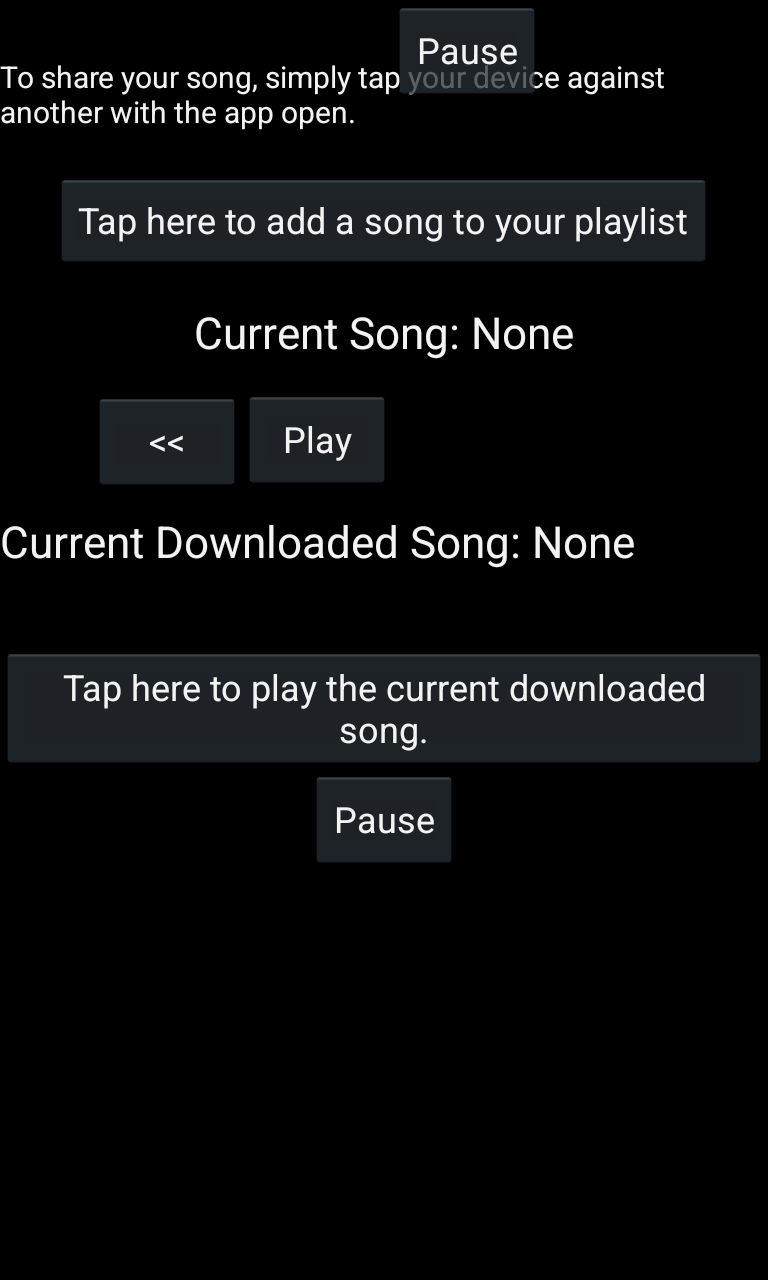
Repository: griff1/idpa2012projects
Layout: workspace/Player/res/layout/main2.xml
These files come from the project's save history. The layout is drawn as it stood at one moment and after the next save; the edit follows.
It is drawn on a 768 x 1280 px phone screen (xhdpi) without system bars, with theme android:Theme.Holo; the app's code is not run.

Above is the layout before, as saved 2012-08-02 20:01:58.

### workspace/Player/res/layout/main2.xml
<?xml version="1.0" encoding="utf-8"?>
<LinearLayout xmlns:android="http://schemas.android.com/apk/res/android"
    android:layout_width="match_parent"
    android:layout_height="match_parent"
    android:orientation="vertical" >





    <RelativeLayout
        android:id="@+id/relativeLayout1"
        android:layout_width="match_parent"
        android:layout_height="match_parent" >

        <TextView
            android:id="@+id/textView1"
            android:layout_width="wrap_content"
            android:layout_height="wrap_content"
            android:layout_alignParentTop="true"
            android:layout_centerHorizontal="true"
            android:layout_marginTop="151dp"
            android:text="@string/CurrentSong2"
            android:textAppearance="?android:attr/textAppearanceLarge" />

        <TextView
            android:id="@+id/textView2"
            android:layout_width="wrap_content"
            android:layout_height="wrap_content"
            android:layout_alignParentLeft="true"
            android:layout_alignParentTop="true"
            android:layout_marginTop="28dp"
            android:text="@string/Share"
            android:textAppearance="?android:attr/textAppearanceLarge"
            android:textSize="15dp" />

        <Button
            android:id="@+id/button1"
            android:layout_width="wrap_content"
            android:layout_height="wrap_content"
            android:layout_below="@+id/textView2"
            android:layout_centerHorizontal="true"
            android:layout_marginTop="20dp"
            android:text="@string/TapHere" />

        <TextView
            android:id="@+id/textView3"
            android:layout_width="wrap_content"
            android:layout_height="wrap_content"
            android:layout_alignParentLeft="true"
            android:layout_below="@+id/textView1"
            android:layout_marginTop="75dp"
            android:text="@string/CurrentSong3"
            android:textAppearance="?android:attr/textAppearanceLarge" />

        <Button
            android:id="@+id/button2"
            android:layout_width="wrap_content"
            android:layout_height="wrap_content"
            android:layout_alignParentLeft="true"
            android:layout_below="@+id/textView3"
            android:layout_marginTop="38dp"
            android:text="@string/Tap2" />

        <Button
            android:id="@+id/button4"
            android:layout_width="75dp"
            android:layout_height="50dp"
            android:layout_below="@+id/button2"
            android:layout_centerHorizontal="true"
            android:text="@string/Pause" />


        <Button
            android:id="@+id/button5"
            android:layout_width="75dp"
            android:layout_height="50dp"
            android:layout_alignRight="@+id/textView1"
            android:layout_marginRight="16dp"
            android:text="@string/Pause" />

        <Button
            android:id="@+id/button3"
            android:layout_width="75dp"
            android:layout_height="50dp"
            android:layout_below="@+id/textView1"
            android:layout_marginTop="14dp"
            android:layout_toLeftOf="@+id/button5"
            android:text="@string/Play" />

        <Button
            android:id="@+id/button6"
            android:layout_width="75dp"
            android:layout_height="50dp"
            android:layout_alignBaseline="@+id/button3"
            android:layout_alignBottom="@+id/button3"
            android:layout_toLeftOf="@+id/button3"
            android:text="@string/Back" />

    </RelativeLayout>

</LinearLayout>

### workspace/Player/res/values/strings.xml
<?xml version="1.0" encoding="utf-8"?>
<resources>

    <string name="hello">Hello World, BlankActivity!</string>
    <string name="app_name">Blank</string>
    <string name="CurrentSong">Current Song</string>
    <string name="CurrentSong2">Current Song: None</string>
    <string name="Tap">Tap here to choose a song to share.</string>
    <string name="Share">"To share your song, simply tap your device against another with the app open. "</string>
    <string name="Downloaded">"Current Downloaded Song: "</string>
    <string name="Tap2">Tap here to play the current downloaded song.</string>
    <string name="CurrentSong3">Current Downloaded Song: None</string>
    <string name="CurrentSong4">Current Song:\\n</string>
    <string name="Play">Play</string>
    <string name="Pause">Pause</string>
    <string name="TapHere">Tap here to add a song to your playlist</string>
    <string name="Back">&lt;&lt;</string>

</resources>

After the next save:
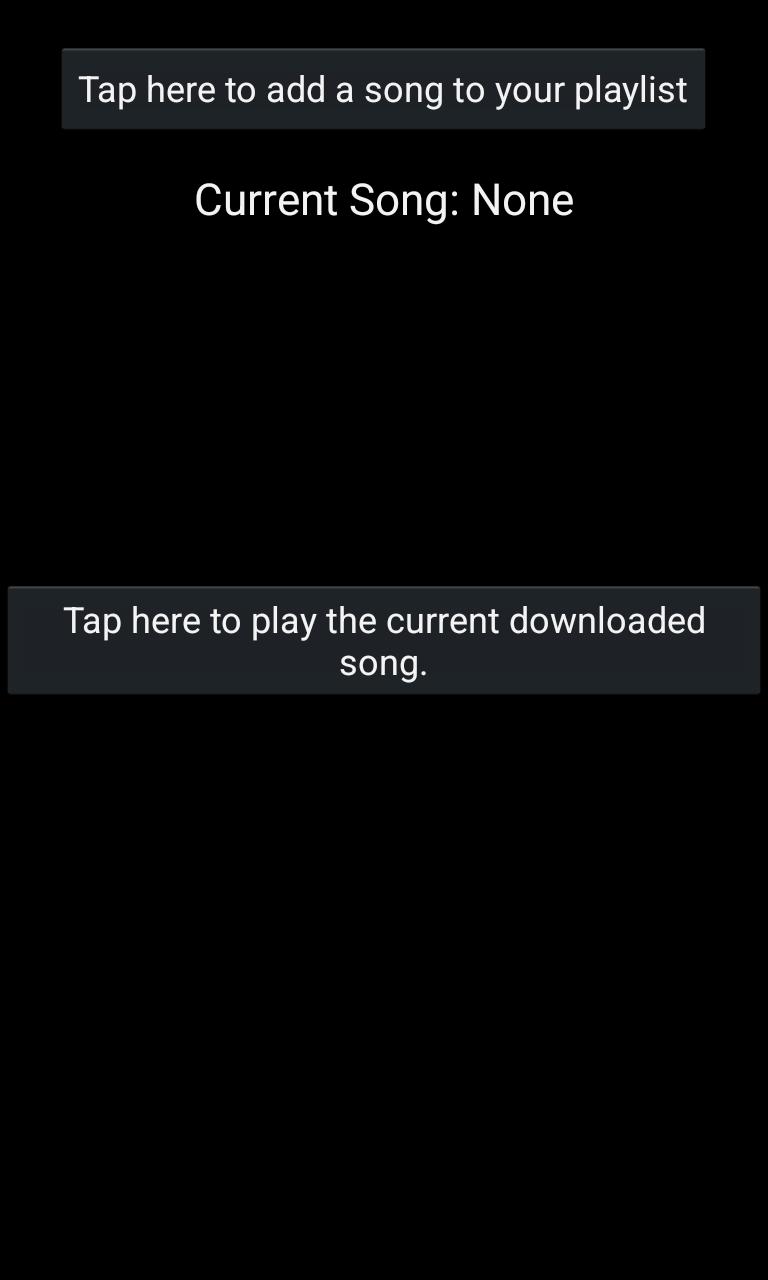
Saved 108 s later.
--- a/workspace/Player/res/layout/main2.xml
+++ b/workspace/Player/res/layout/main2.xml
@@ -8,49 +8,34 @@
 
 
 
+
+
+
+
+
+
+
     <RelativeLayout
         android:id="@+id/relativeLayout1"
         android:layout_width="match_parent"
         android:layout_height="match_parent" >
 
-        <TextView
-            android:id="@+id/textView1"
-            android:layout_width="wrap_content"
-            android:layout_height="wrap_content"
-            android:layout_alignParentTop="true"
-            android:layout_centerHorizontal="true"
-            android:layout_marginTop="151dp"
-            android:text="@string/CurrentSong2"
-            android:textAppearance="?android:attr/textAppearanceLarge" />
-
-        <TextView
-            android:id="@+id/textView2"
-            android:layout_width="wrap_content"
-            android:layout_height="wrap_content"
-            android:layout_alignParentLeft="true"
-            android:layout_alignParentTop="true"
-            android:layout_marginTop="28dp"
-            android:text="@string/Share"
-            android:textAppearance="?android:attr/textAppearanceLarge"
-            android:textSize="15dp" />
-
         <Button
             android:id="@+id/button1"
             android:layout_width="wrap_content"
             android:layout_height="wrap_content"
-            android:layout_below="@+id/textView2"
             android:layout_centerHorizontal="true"
             android:layout_marginTop="20dp"
             android:text="@string/TapHere" />
 
         <TextView
-            android:id="@+id/textView3"
+            android:id="@+id/textView1"
             android:layout_width="wrap_content"
             android:layout_height="wrap_content"
-            android:layout_alignParentLeft="true"
-            android:layout_below="@+id/textView1"
-            android:layout_marginTop="75dp"
-            android:text="@string/CurrentSong3"
+            android:layout_below="@+id/button1"
+            android:layout_centerHorizontal="true"
+            android:layout_marginTop="16dp"
+            android:text="@string/CurrentSong2"
             android:textAppearance="?android:attr/textAppearanceLarge" />
 
         <Button
@@ -58,45 +43,8 @@
             android:layout_width="wrap_content"
             android:layout_height="wrap_content"
             android:layout_alignParentLeft="true"
-            android:layout_below="@+id/textView3"
-            android:layout_marginTop="38dp"
+            android:layout_centerVertical="true"
             android:text="@string/Tap2" />
-
-        <Button
-            android:id="@+id/button4"
-            android:layout_width="75dp"
-            android:layout_height="50dp"
-            android:layout_below="@+id/button2"
-            android:layout_centerHorizontal="true"
-            android:text="@string/Pause" />
-
-
-        <Button
-            android:id="@+id/button5"
-            android:layout_width="75dp"
-            android:layout_height="50dp"
-            android:layout_alignRight="@+id/textView1"
-            android:layout_marginRight="16dp"
-            android:text="@string/Pause" />
-
-        <Button
-            android:id="@+id/button3"
-            android:layout_width="75dp"
-            android:layout_height="50dp"
-            android:layout_below="@+id/textView1"
-            android:layout_marginTop="14dp"
-            android:layout_toLeftOf="@+id/button5"
-            android:text="@string/Play" />
-
-        <Button
-            android:id="@+id/button6"
-            android:layout_width="75dp"
-            android:layout_height="50dp"
-            android:layout_alignBaseline="@+id/button3"
-            android:layout_alignBottom="@+id/button3"
-            android:layout_toLeftOf="@+id/button3"
-            android:text="@string/Back" />
-
     </RelativeLayout>
 
 </LinearLayout>
